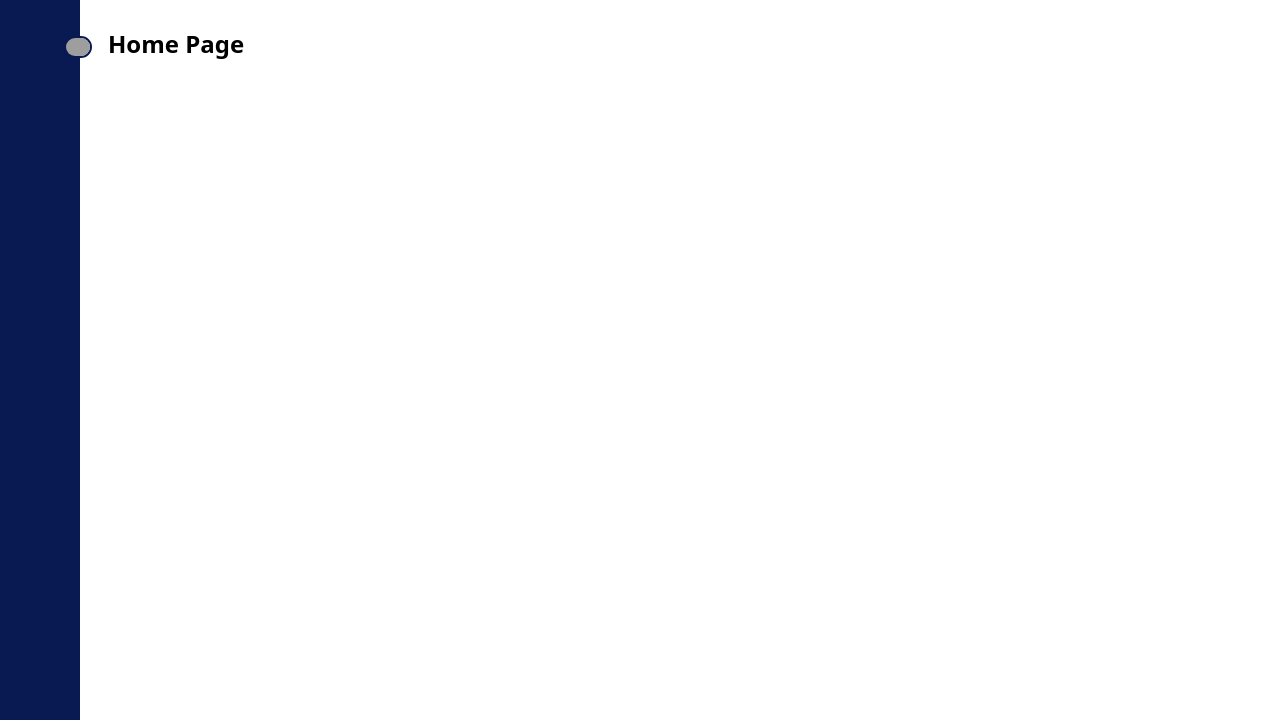
Repository: farrelmuhammad/books-atmatech
Page: /
The author's editor kept a copy of each file at every save. The page is drawn from the files as they stood at one save, then again after the next save.
The browser window is 1280 px wide. The pictures show the whole page.
Pictures or frames that could not be fetched are drawn as grey boxes. The project was rebuilt for these pictures with package versions that can differ from the ones it lists, and the page was loaded fresh each time. Also part of the build but not shown: src/App.css, src/utils/Config.js, src/pages/Login.jsx.

Above is the page before, as saved 2023-01-14 23:49:07.

After the next save:
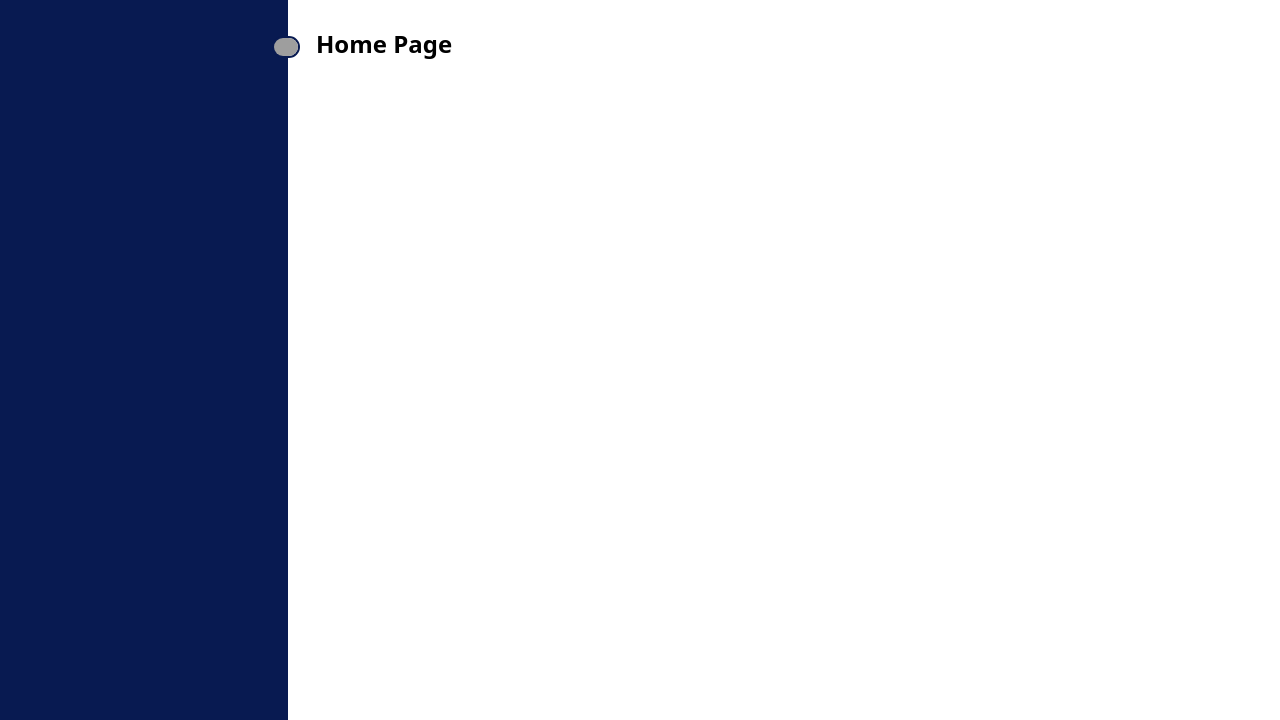
Saved 12 s later.
--- a/src/components/Sidebar.jsx
+++ b/src/components/Sidebar.jsx
@@ -1,7 +1,7 @@
 import React, { useState } from "react";
 
 const Sidebar = () => {
-  const [open, setOpen] = useState(false);
+  const [open, setOpen] = useState(true);
   return (
     <>
       <div className="flex">
